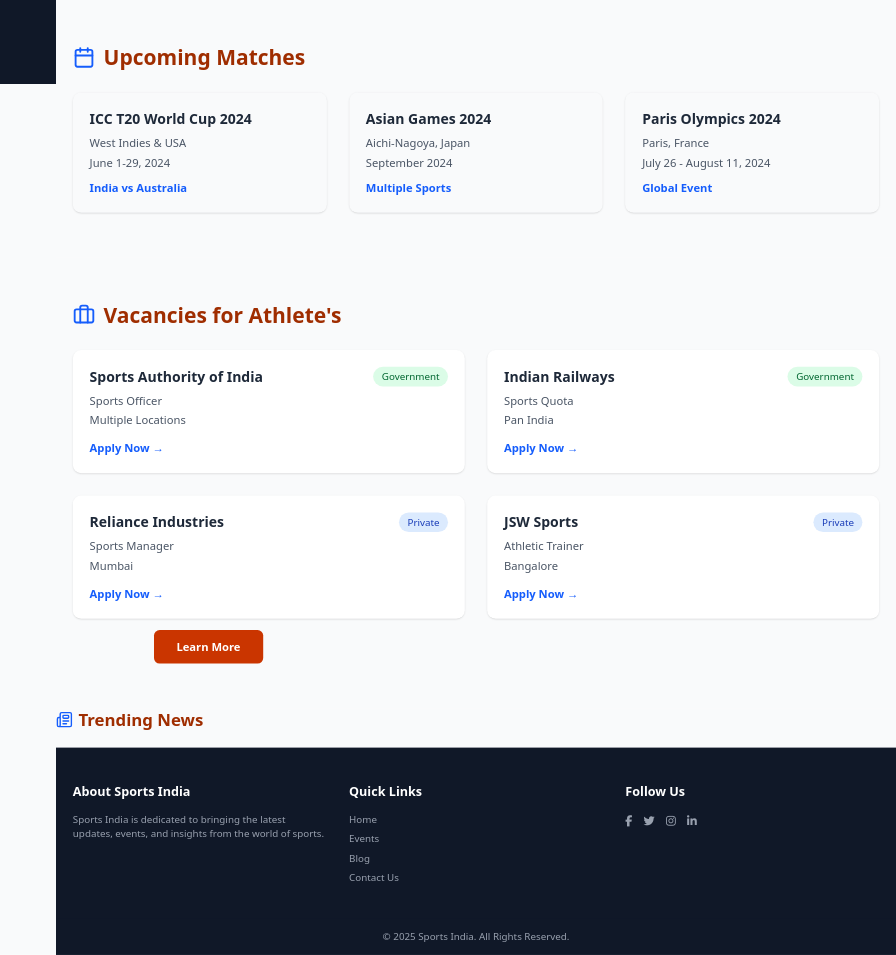
Repository: Shovon0004/Athlete
Page: / (app in Athlete/)
These files come from the project's save history. The page is drawn as it stood at one moment and after a run of saves; the edit follows.
The browser window is 1280 px wide. The pictures show the part of the page from y = 600 to 2500 px (the page is 1964 px tall before and 2684 px after), at 70% of full size.
The page's requests for data from a server got no answer. The project was rebuilt for these pictures with package versions that can differ from the ones it lists, and the page was loaded fresh each time. No one was signed in, and anything a server would have sent is missing. Also part of the build but not shown: Athlete/vite.config.js.

Above is the page before, as saved 2025-01-26 22:52:24.

After the next 3 saves:
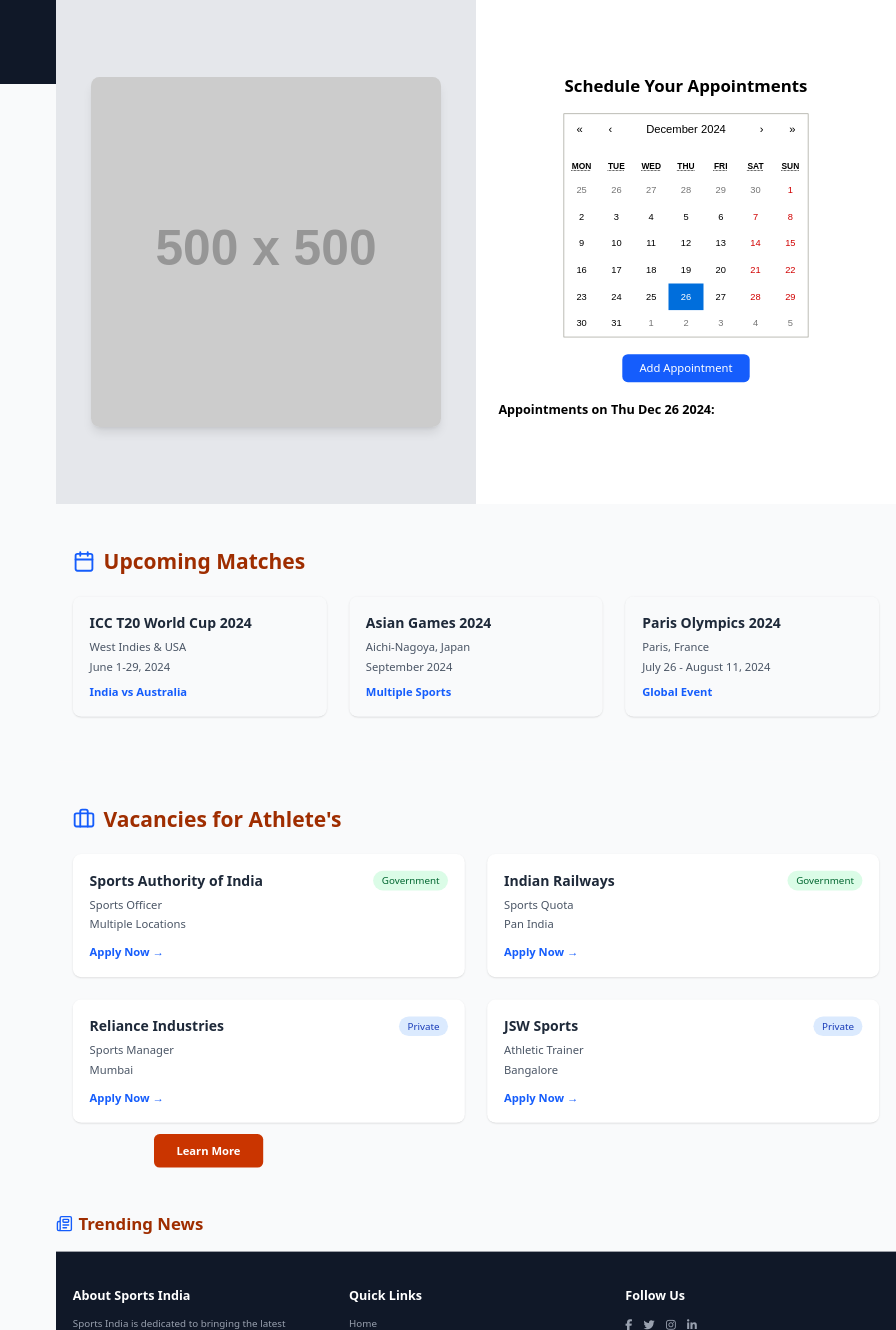
The 3 saves are shown as one change because they came seconds apart.
The last was saved 15 s later.
--- a/Athlete/src/components/HeroPage.jsx
+++ b/Athlete/src/components/HeroPage.jsx
@@ -122,6 +122,7 @@
           <ChevronRight className="w-6 h-6 text-white" />
         </button>
       </div>
+      <AppointmentPage/>
 
       {/* Upcoming Matches Section */}
       <section className="py-16 ">
